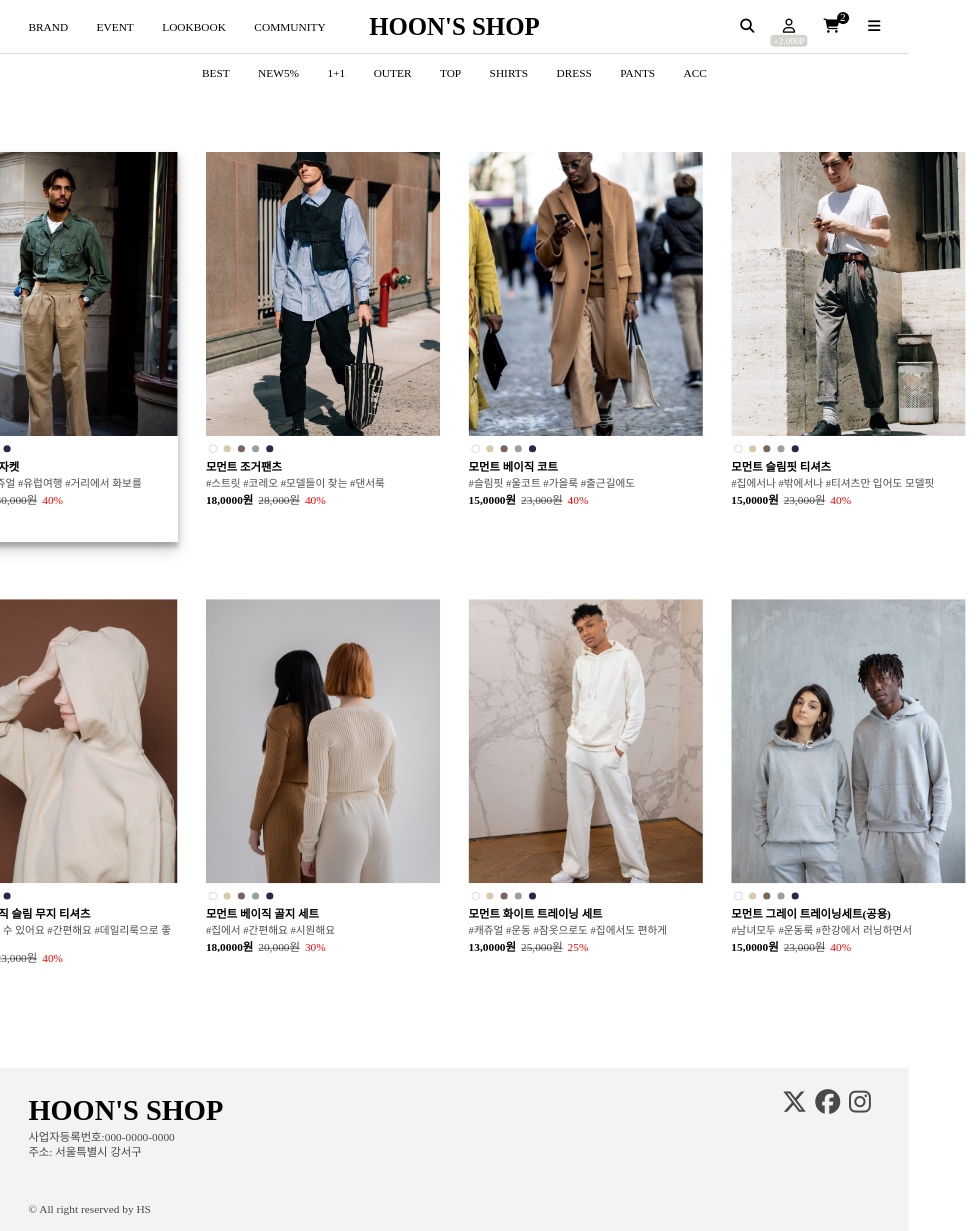
Repository: Iimchaehoon/cafeProject
Page: outer.html
An editor plug-in stored every save of this project. The page is shown before and after the next save, followed by the edit.
The browser window is 1280 px wide. The page is 1380 px wide, so the pictures cover 1380 px, including what lies to the right of the window. The pictures show the whole page, at 71% of full size.
The pointer rests on the first visible `.main__product-list-article`.
Some web fonts or font styles are not loaded; a fallback is used. Some web libraries are served in a nearby version.

Above is the page before, as saved 2024-07-29 22:08:17.

After the next save:
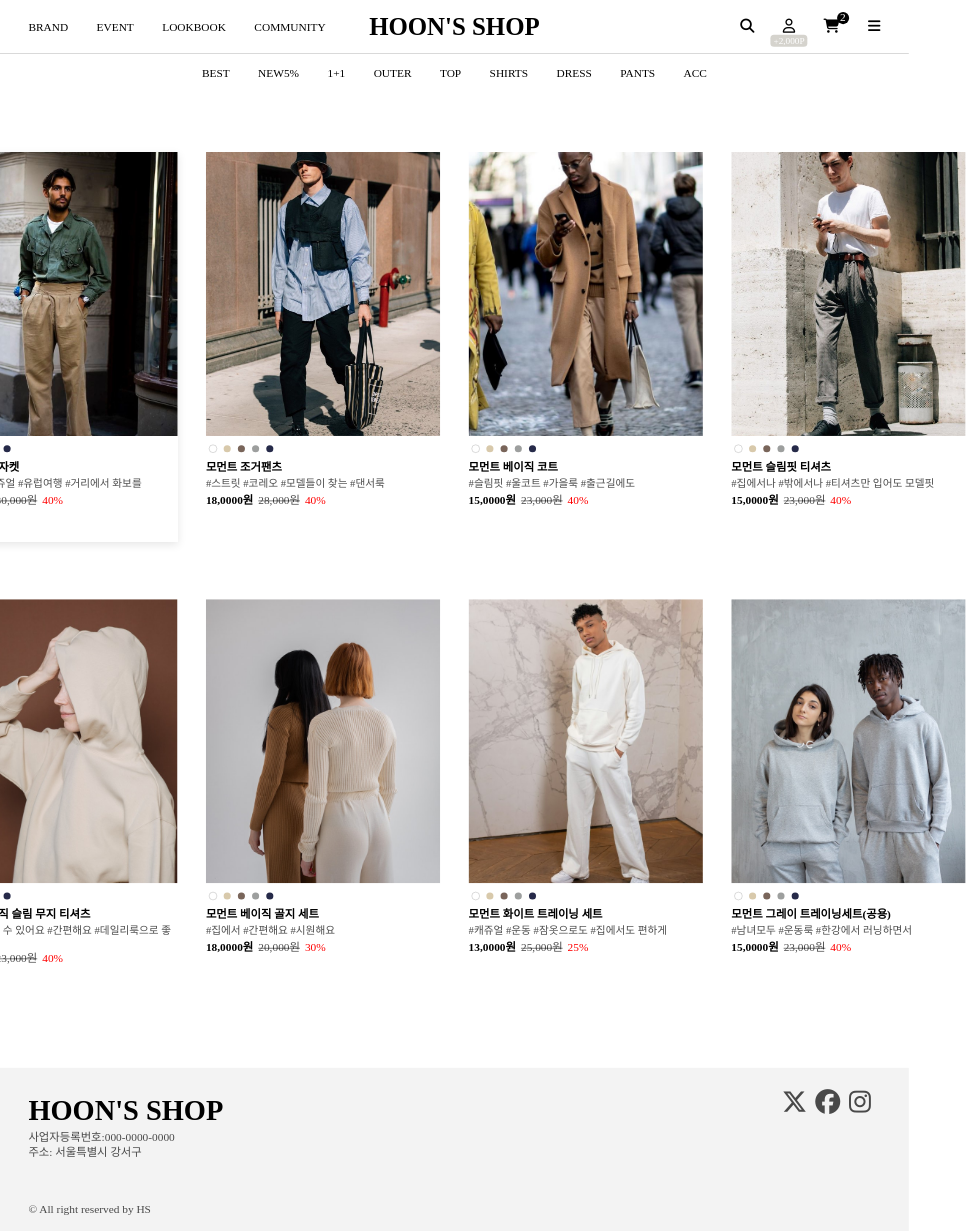
Saved 24 s later.
--- a/src/css/components/product-list.css
+++ b/src/css/components/product-list.css
@@ -24,7 +24,7 @@
 }
 .main__product-list-article:hover {
   cursor: pointer;
-  box-shadow: rgba(0, 0, 0, 0.19) 0px 10px 20px, rgba(0, 0, 0, 0.23) 0px 6px 6px;
+  box-shadow: rgba(0, 0, 0, 0.1) 0px 4px 12px;
 }
 .main__product-list-article:hover .main__article-img {
   transform: scale(1.1);
